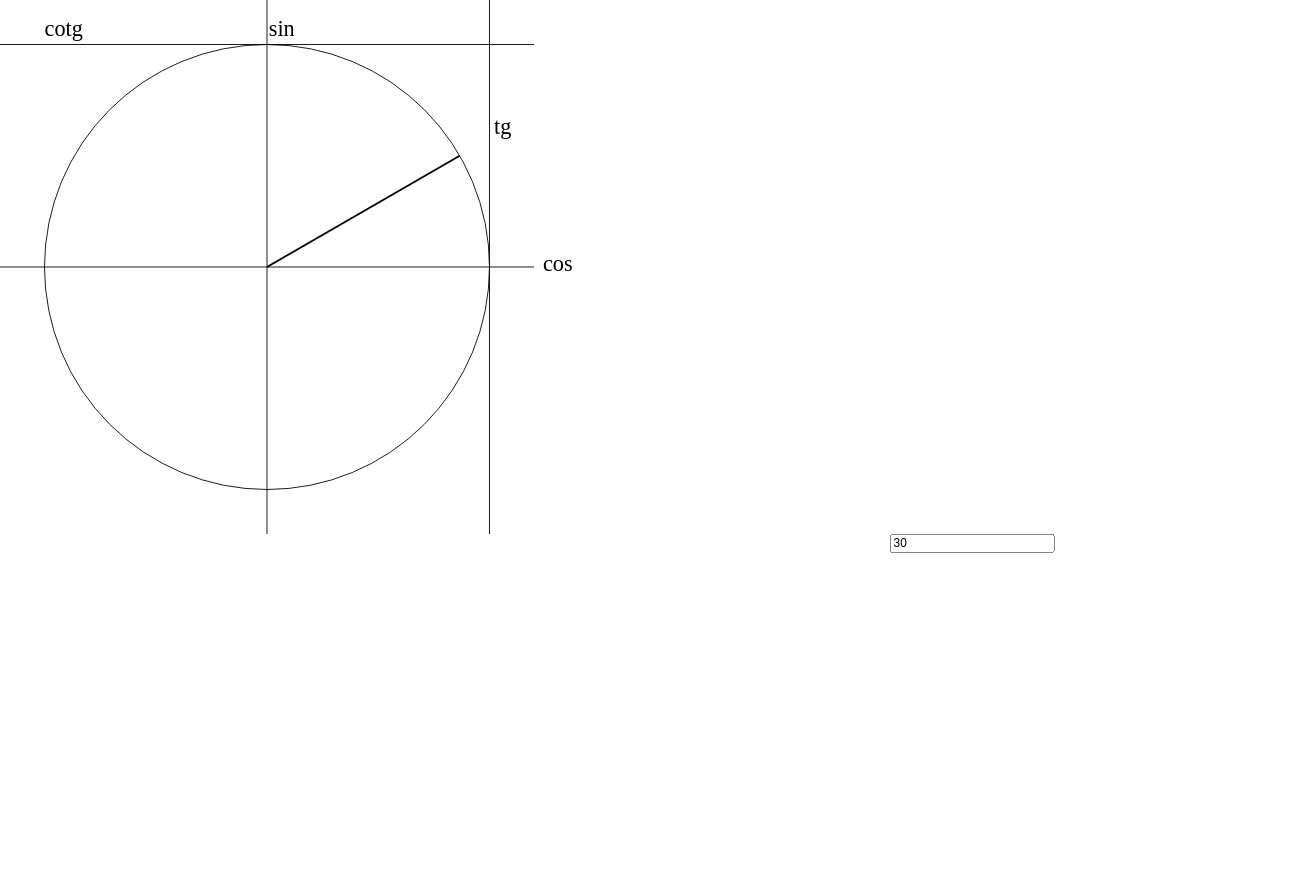
Repository: BraynStorm/braynstorm.github.io
Page: http://localhost/
These files come from the project's save history. The page is drawn as it stood at one moment and after the next save; the edit follows.
The browser window is 1280 px wide. The page is 1280 px wide, then 1465 px, so the pictures cover 1465 px, including what lies to the right of the window. The pictures show the whole page, at 89% of full size.
The page is run by PHP 8.4 with error messages shown; the project is at /var/www/html/.

Above is the page before, as saved 2015-02-24 15:11:31.

After the next save:
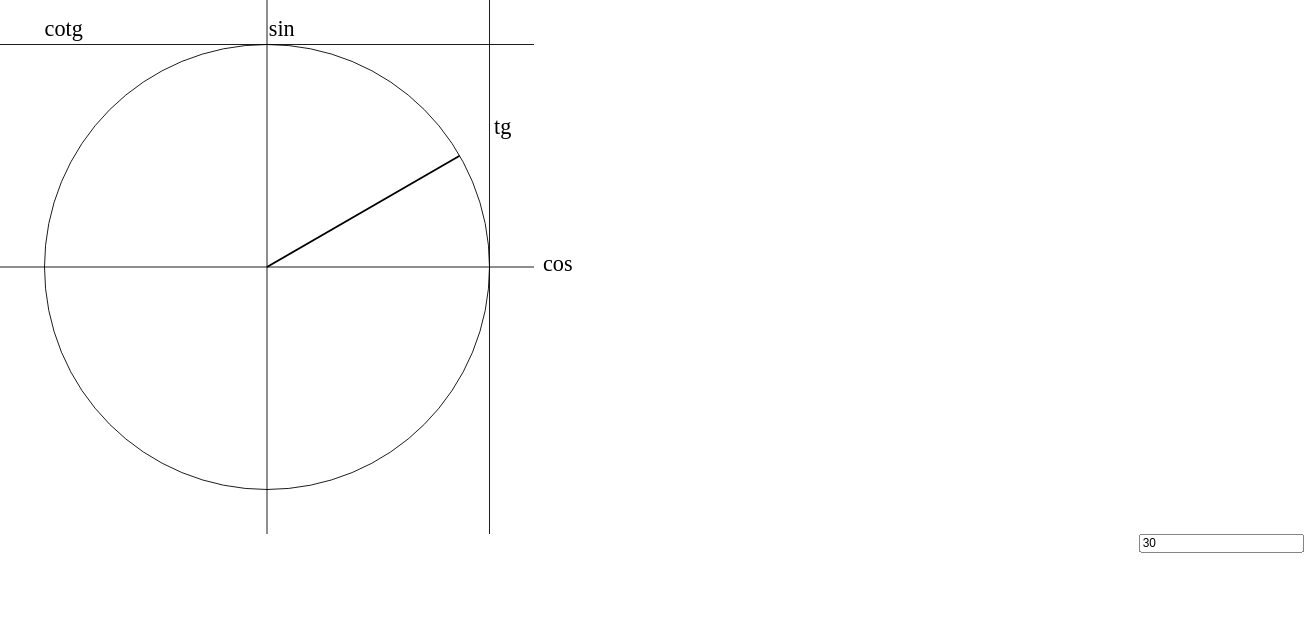
Saved 64 s later.
--- a/JSDrawing/js/swgDrawing.js
+++ b/JSDrawing/js/swgDrawing.js
@@ -1,6 +1,7 @@
 $(document).ready(function (){
 	var box = $("#angleBox");
 
+	$('svg').css("width", window.innerWidth).css("height", window.innerHeight);
 
 	var angle = 0;
 	var radius = 250;
